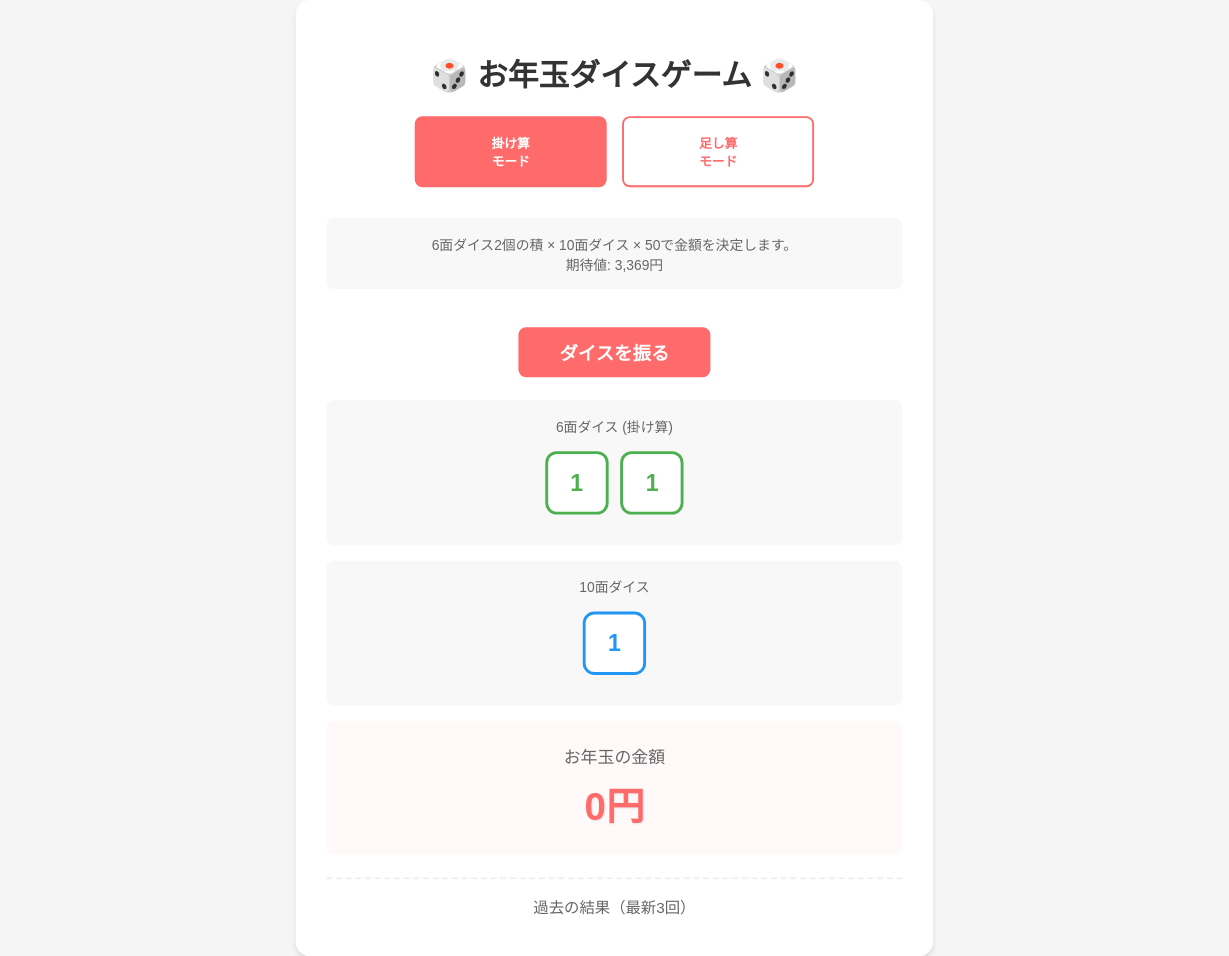
Repository: kigasudayooo/temporary_analysis
Page: newyear/nao.html
These files come from the project's save history. The page is drawn as it stood at one moment and after the next save; the edit follows.
The browser window is 1280 px wide. The pictures show the whole page, at 96% of full size.

Above is the page before, as saved 2024-12-31 23:29:17.

After the next save:
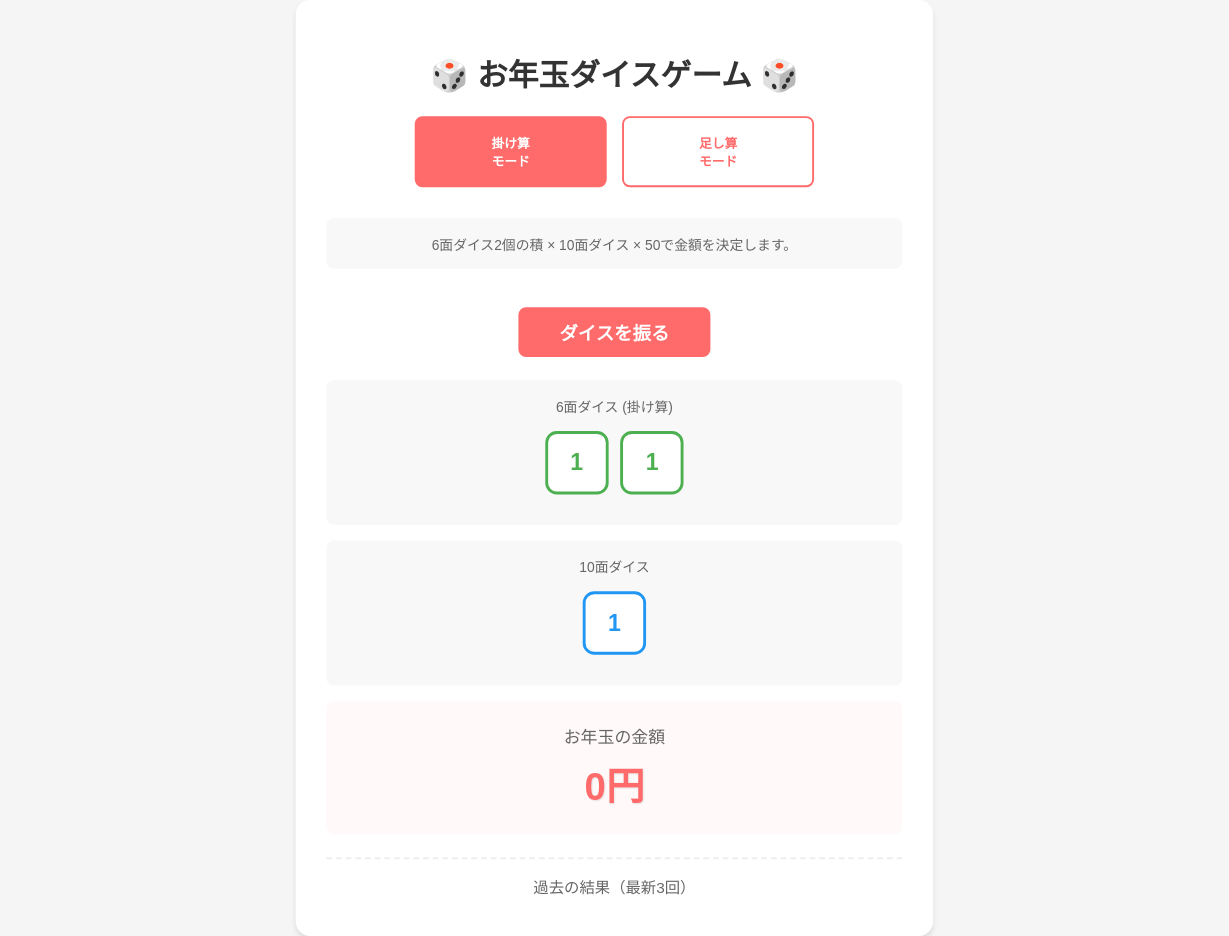
Saved 2 min 23 s later.
--- a/newyear/nao.html
+++ b/newyear/nao.html
@@ -247,7 +247,6 @@
 
       <div class="mode-description" id="mode-description">
         6面ダイス2個の積 × 10面ダイス × 50で金額を決定します。<br />
-        期待値: 3,369円
       </div>
 
       <button onclick="rollDice()" id="roll-button" class="roll-button">
@@ -327,8 +326,8 @@
 
         const description =
           mode === "mode1"
-            ? "6面ダイス2個の積 × 10面ダイス × 50で金額を決定します。<br>期待値: 3,369円"
-            : "10面ダイス2個の和 × 6面ダイス × 100で金額を決定します。<br>期待値: 3,850円";
+            ? "6面ダイス2個の積 × 10面ダイス × 50で金額を決定します"
+            : "10面ダイス2個の和 × 6面ダイス × 100で金額を決定します";
         document.getElementById("mode-description").innerHTML = description;
 
         document.getElementById("calculation").style.display = "none";
